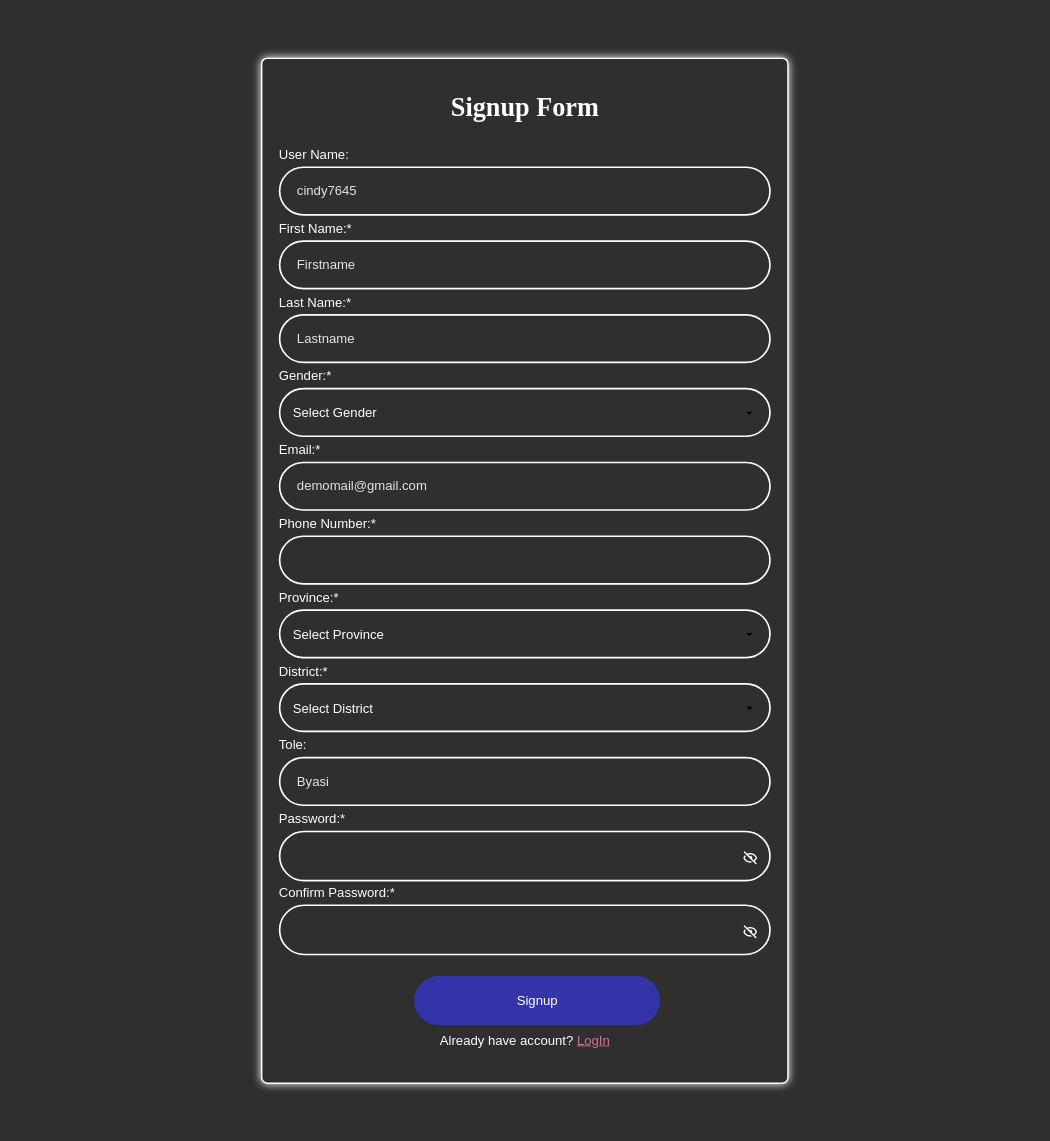
Repository: cindrellakoju/Animestore
Page: html css/signup.html
These files come from the project's save history. The page is drawn as it stood at one moment and after the next save; the edit follows.
The browser window is 1280 px wide. The pictures show the whole page, at 82% of full size.
The first visible `.custom-select select` has the focus.

Above is the page before, as saved 2024-04-20 03:11:53.

### html css/signup.html
<!DOCTYPE html>
<html lang="en">
<head>
  <meta charset="UTF-8">
  <meta name="viewport" content="width=device-width, initial-scale=1.0">
  <title>Signup Page</title>
  <link href='https://unpkg.com/boxicons@2.1.4/css/boxicons.min.css' rel='stylesheet'>
  <link rel="stylesheet" href="signup.css">
</head>
<body>
  <div class="container">
    <h1>Signup Form</h1>
    <form>
      <div class="signupform">
        <label for="username">User Name:</label>
        <input type="text" id="username" name="username" placeholder="cindy7645">
      </div>
      <div class="signupform">
        <label for="firstname">First Name:<span class="required">*</span></label>
        <input type="text" id="firstname" name="firstname" placeholder="Firstname">
      </div>
      <div class="signupform">
        <label for="lastname">Last Name:<span class="required">*</span></label>
        <input type="text" id="lastname" name="lastname" placeholder="Lastname" required>
      </div>
      <div class="signupform">
        <label for="gender">Gender:<span class="required">*</span></label>
        <div class="custom-select">
            <select id="gender" name="gender" required>
                <option value="">Select Gender</option>
                <option value="male">Male</option>
                <option value="female">Female</option>
                <option value="other">Other</option>
            </select>
        </div>
    </div>

      <div class="signupform">
        <label for="email">Email:<span class="required">*</span></label>
        <input type="email" id="email" name="email" placeholder="demomail@gmail.com" required>
      </div>
      <div class="signupform">
        <label for="phone">Phone Number:<span class="required">*</span></label>
        <input type="text" id="phone" name="phone" required>
      </div>
      <div class="signupform">
        <label for="province">Province:<span class="required">*</span></label>
        <div class="custom-select">
          <select id="province" name="province" onchange="populateDistricts()" required>
            <option value="">Select Province</option>
            <option value="1">Province 1</option>
            <option value="2">Province 2</option>
            <option value="3">Bagmati Province</option>
            <option value="4">Gandaki Province</option>
            <option value="5">Lumbini Province</option>
            <option value="6">Karnali Province</option>
            <option value="7">Sudurpashchim Province</option>
          </select>
        </div>
      </div>
      <div class="signupform">
        <label for="district">District:<span class="required">*</span></label>
        <div class="custom-select">
            <select id="district" name="district" required>
                <option value="">Select District</option>
            </select>
        </div>
      </div>

      <div class="signupform">
        <label for="tole">Tole:</label>
        <input type="text" id="tole" name="tole" placeholder="Byasi" required>
      </div>
      <div class="signupform">
        <label for="password">Password:<span class="required">*</span></label>
        <div class="password-input-container">
            <input type="password" spellcheck="false" id="password" name="password" required>
            <i class='bx bx-hide toggle' id="passwordToggle"></i>
        </div>
    </div>

    <div class="signupform">
        <label for="confirmpassword">Confirm Password:<span class="required">*</span></label>
        <div class="password-input-container">
            <input type="password" spellcheck="false" id="confirmpassword" name="confirmpassword" required>
            <i class='bx bx-hide toggle' id="confirmPasswordToggle"></i>
        </div>
    </div>

      <div class="signupform">
        <button type="submit">Signup</button>
      </div>
    <h4>Already have account?  <a href="login.html">LogIn</a></h4>
    </form>
  </div>
  <script>
    function populateDistricts() {
      var provinceSelect = document.getElementById("province");
      var districtSelect = document.getElementById("district");

      // Clear existing options
      districtSelect.innerHTML = "";

      // Add default option
      var defaultOption = document.createElement("option");
      defaultOption.text = "Select District";
      districtSelect.add(defaultOption);

      // Get selected province
      var selectedProvince = provinceSelect.value;

      // Add districts based on selected province
      switch (selectedProvince) {
        case "1":
          addDistrict("Bhojpur");
          addDistrict("Dhankuta");
          addDistrict("Ilam");
          addDistrict("Jhapa");
          addDistrict("Khotang");
          break;
        case "2":
          addDistrict("Saptari");
          addDistrict("Siraha");
          addDistrict("Dhanusha");
          addDistrict("Mahottari");
          addDistrict("Sarlahi");
          break;
        case "3":
          addDistrict("Kathmandu");
          addDistrict("Lalitpur");
          addDistrict("Bhaktapur");
          addDistrict("Kavrepalanchok");
          addDistrict("Nuwakot");
          break;
        case "4":
          addDistrict("Gorkha");
          addDistrict("Lamjung");
          addDistrict("Tanahun");
          addDistrict("Manang");
          addDistrict("Mustang");
          break;
        case "5":
          addDistrict("Rupandehi");
          addDistrict("Kapilvastu");
          addDistrict("Nawalparasi");
          addDistrict("Arghakhanchi");
          addDistrict("Gulmi");
          break;
        case "6":
          addDistrict("Jumla");
          addDistrict("Kalikot");
          addDistrict("Surkhet");
          addDistrict("Dailekh");
          addDistrict("Jajarkot");
          break;
        case "7":
          addDistrict("Kailali");
          addDistrict("Kanchanpur");
          addDistrict("Dadeldhura");
          addDistrict("Darchula");
          addDistrict("Baitadi");
          break;
        default:
          break;
      }
    }

    function addDistrict(districtName) {
      var districtSelect = document.getElementById("district");
      var option = document.createElement("option");
      option.text = districtName;
      districtSelect.add(option);
    }

    document.addEventListener("DOMContentLoaded", function() {
    const passwordToggle = document.getElementById("passwordToggle");
    const confirmPasswordToggle = document.getElementById("confirmPasswordToggle");
    const passwordInput = document.getElementById("password");
    const confirmPasswordInput = document.getElementById("confirmpassword");

    passwordToggle.addEventListener("click", () => {
        if (passwordInput.type === "password") {
            passwordInput.type = "text";
            passwordToggle.classList.replace("bx-hide", "bx-show");
        } else {
            passwordInput.type = "password";
            passwordToggle.classList.replace("bx-show", "bx-hide");
        }
    });

    confirmPasswordToggle.addEventListener("click", () => {
        if (confirmPasswordInput.type === "password") {
            confirmPasswordInput.type = "text";
            confirmPasswordToggle.classList.replace("bx-hide", "bx-show");
        } else {
            confirmPasswordInput.type = "password";
            confirmPasswordToggle.classList.replace("bx-show", "bx-hide");
        }
      });
    });


  </script>
</body>
</html>

### html css/signup.css
/* General Styles */
body {
    font-family: Arial, sans-serif;
    margin: 0;
    padding: 20px;
    /* background-color: #f4f4f4; */
    min-height: 100vh;
    background-color: rgba(0, 0, 0, 0.815);
  }

  .container {
    max-width: 600px;
    margin: 50px auto;

    /* background: #fff; */
    padding: 20px;
    border-radius: 8px;
    /* box-shadow: 0 2px 5px rgba(0, 0, 0, 0.1); */
    border: 2px solid white ;
    box-shadow: 0 0 10px white;
  }

  h1 {
    color: white;
    font-size: 36;
    text-align: center;
    font-family: 'Times New Roman', Times, serif;
  }

  .signupform {
  position: relative;
  width: 100%;
  height: 60px;
  margin: 30px 0;
  justify-content: center;
  }

  label {
    color: white;
    display: block;
    margin-bottom: 5px;
    position: relative;
  }
  .label-text {
      display: inline-block;
  }

  .label-text .required {
  color: red;
  font-weight: bold;
  margin-left: 5px;
  }
  /* change color of placeholder */
  #username::placeholder, #firstname::placeholder, #lastname::placeholder,
  #email::placeholder, #tole::placeholder{
    color: rgba(255, 255, 255, 0.865);
  }
  input[type="text"],
  input[type="email"],
  select,
  input[type="password"] {
  width: 100%;
  padding: 20px 45px 20px 20px;
  height: 100%;
  border: none;
  outline: none;
  background: transparent ;
  border: 2px solid white;
  font-size: 16px;
  border-radius: 40px;
  box-sizing: border-box;
  }
  /* Dark border and label color on hover */
  .signupform input:hover,
  .signupform input:focus {
  border-color: white; /* Dark border color on hover and focus */
  }

  /* Default styling for select box */
  .custom-select {
    position: relative;
    width: 100%;
    height: 100%;
  }

  .custom-select select {
    appearance: none; /* Remove default arrow in Firefox */
    -webkit-appearance: none; /* Remove default arrow in WebKit/Blink */
    -moz-appearance: none; /* Remove default arrow in older Firefox */
    padding: 15px; /* Adjust as needed */
    border: 2px solid white;
    border-radius: 40px;
    background-color: transparent;
    cursor: pointer;
    width: 100%;
    font-size: 16px;
    box-sizing: border-box;
    outline: none; /* Remove focus outline */
    /* Use a custom arrow as background */
    background-image: url('data:[embedded picture, 163 characters]');
    background-repeat: no-repeat;
    background-position: calc(100% - 20px) center; /* Move arrow to the right */
    padding-right: 25px; /* Space for arrow */
  }
  #gender, #province, #district{
    color: white;
  }

  /* Hover effect for custom arrow */
  .custom-select:hover select {
    border-color: white; /* Change border color on hover */
  }

  /* Additional styles for select box */
  .custom-select select:focus {
    border-color: white; /* Change border color on focus */
  }

  .custom-select select:disabled {
    opacity: 0.5; /* Dim select box when disabled */
    pointer-events: none;
  }

  .password-input-container {
    position: relative;
  }


  .password-input-container i{
    position: absolute;
    top: 295%;
    right: 5px;
    left: 15px;
    transform: translateY(-50%);
    cursor: pointer;
    font-size: 20px;
    margin-left: 550px;
    margin-top: -150px;
    color: white;
  }

  button[type="submit"] {
    background-color: rgba(55, 55, 228, 0.678);
    color: white;
    width: 50%;
    height: 100%;
    padding: 10px 20px;
    border: none;
    border-radius: 40px;
    cursor: pointer;
    font-size: 16px;
    margin-top: 20px;
    margin-left: 165px;
}

button[type="submit"]:hover {
    background-color: rgb(33, 33, 232);
    text-decoration: underline;
    box-shadow: 0 0 10px white;
  }

  h4{
    color: white;
    font-weight: 500;
    text-align: center;
    margin-top: 20px;
    /* margin-left: 185px; */
  }

  h4 a{
    color: palevioletred
  }

  h4 a:hover{
    color: rgb(202, 63, 109);
  }
  /* Icon ko milako */
  .icon-box {
    display: flex;
    flex-direction: column;
  }

  /* Tooltip */
  .tooltip {
    position: absolute;
    top: 50%;
    right: calc(100% + 10px);
    transform: translateY(-50%);
    background-color: #333;
    color: white;
    padding: 5px 10px;
    border-radius: 5px;
    opacity: 0;
    transition: opacity 0.3s ease;
    pointer-events: none;
  }

/* Prevent background color change on autofill */
input:-webkit-autofill {
  -webkit-box-shadow: 0 0 0 1000px rgba(0, 0, 0, 0.726) inset;
  background-color: transparent !important; /* Prevent background color change */
}

After the next save:
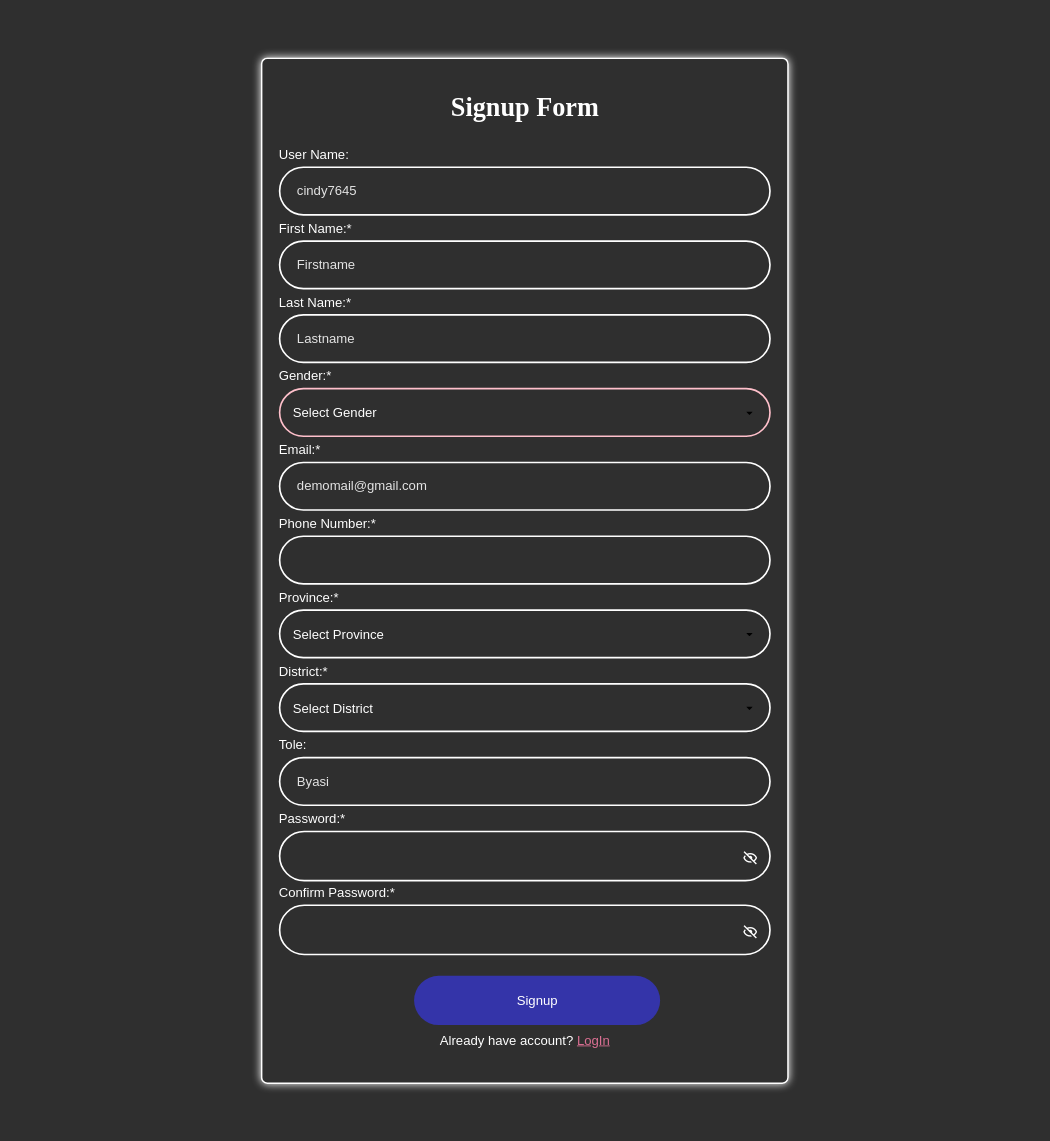
Saved 14 s later.
--- a/html css/signup.css
+++ b/html css/signup.css
@@ -113,7 +113,7 @@
 
   /* Additional styles for select box */
   .custom-select select:focus {
-    border-color: white; /* Change border color on focus */
+    border-color: pink; /* Change border color on focus */
   }
 
   .custom-select select:disabled {

After the save that followed:
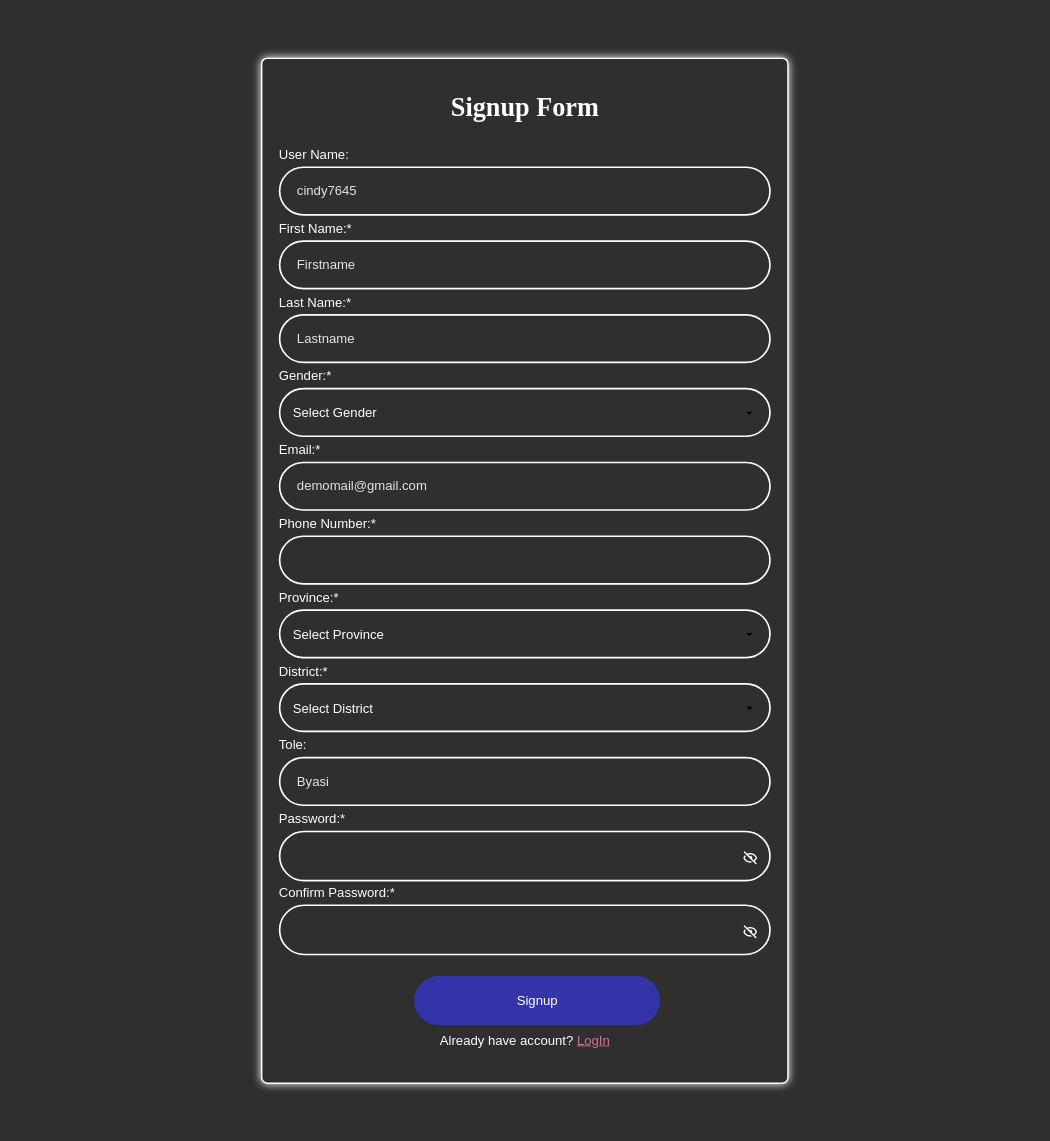
Saved 7 s later.
--- a/html css/signup.css
+++ b/html css/signup.css
@@ -113,7 +113,7 @@
 
   /* Additional styles for select box */
   .custom-select select:focus {
-    border-color: pink; /* Change border color on focus */
+    border-color: white; /* Change border color on focus */
   }
 
   .custom-select select:disabled {
